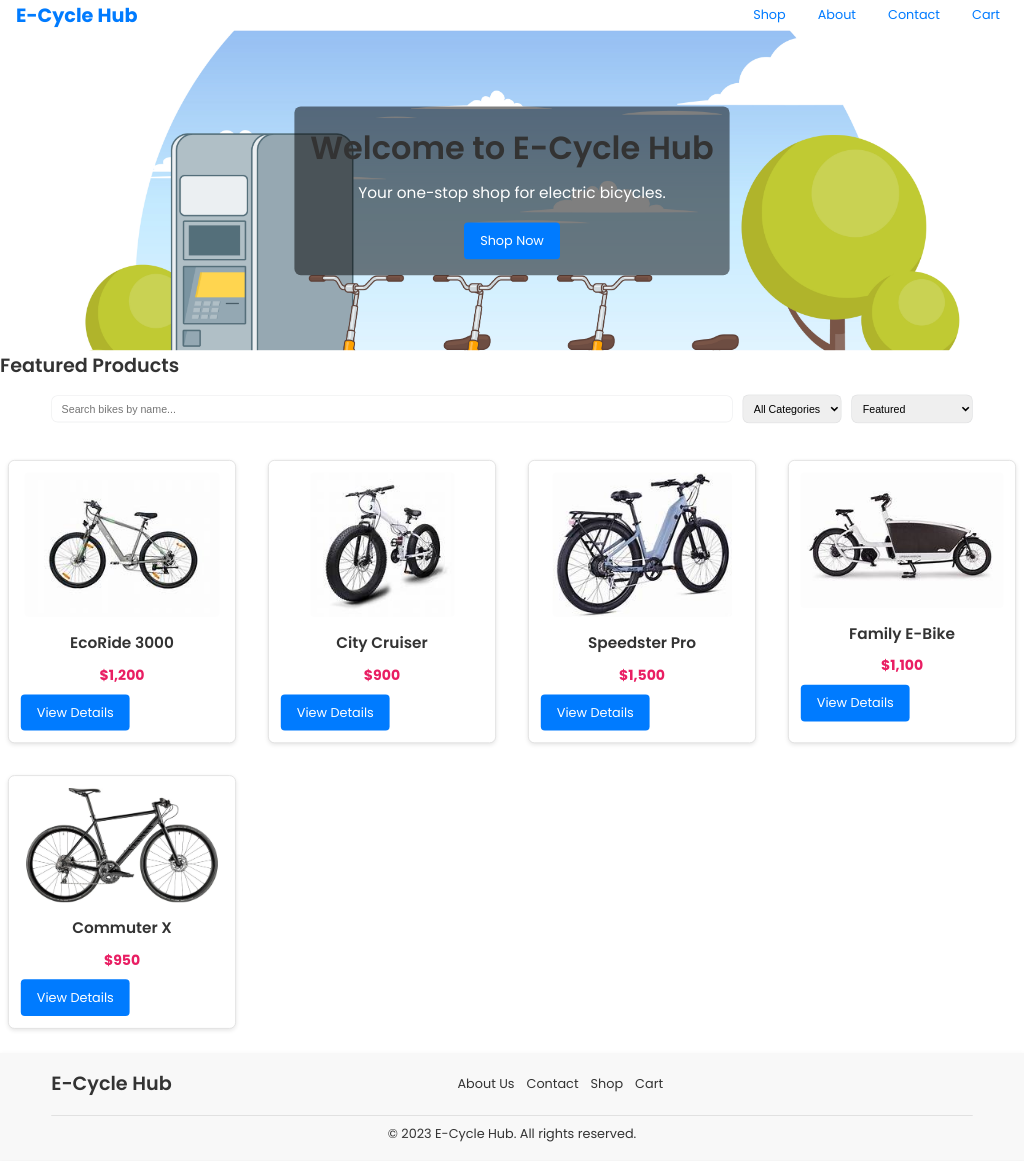
Repository: Rutuja-g/E-Cycle-Hub
Page: public/index.html
The author's editor kept a copy of each file at every save. The page is drawn from the files as they stood at one save, then again after the next save.
The browser window is 1280 px wide. The pictures show the whole page, at 80% of full size.

Above is the page before, as saved 2025-10-24 15:42:36.

After the next save:
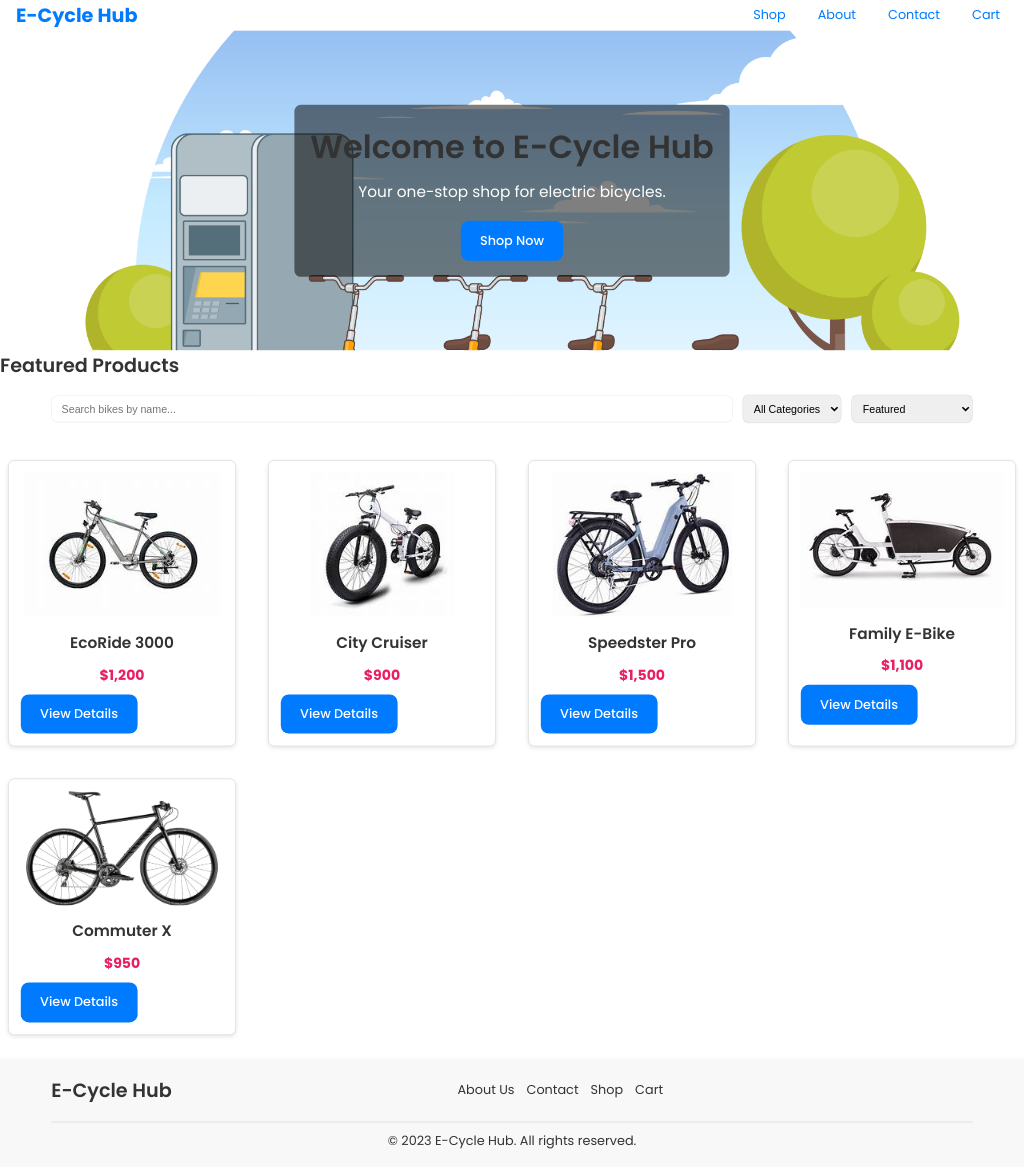
Saved 23 s later.
--- a/public/css/main.css
+++ b/public/css/main.css
@@ -123,16 +123,20 @@ nav {
 
 .btn {
   display: inline-block;
-  padding: 10px 20px;
-  background: var(--primary-color, #4caf50);
+  padding: 12px 24px;
+  background: var(--primary-color);
   color: white;
-  border-radius: 5px;
-  transition: background 0.3s ease, transform 0.2s ease;
+  border-radius: var(--border-radius);
+  transition: var(--transition);
+  font-weight: 500;
+  border: none;
+  cursor: pointer;
 }
 
 .btn:hover {
-  background: var(--hover-color, #388e3c);
+  background: var(--secondary-color);
   transform: translateY(-2px);
+  box-shadow: var(--box-shadow-hover);
 }
 
 /* Responsive styles */
